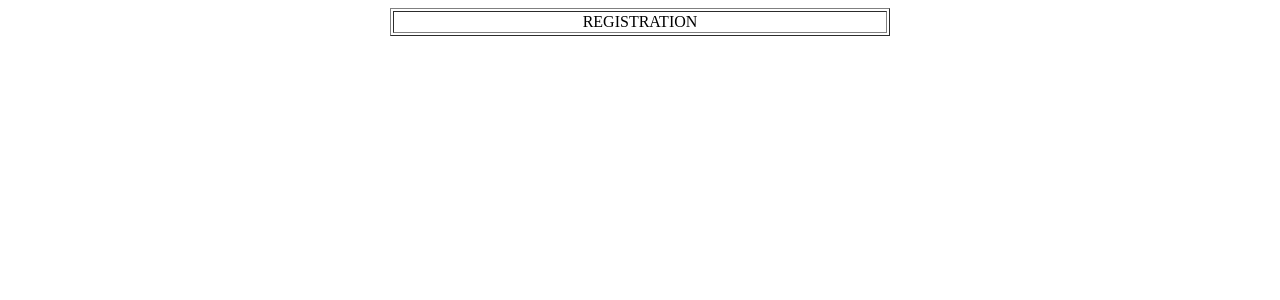
Repository: nsbgit/JavaTutorial
Page: http://localhost/Proj/
The author's editor kept a copy of each file at every save. The page is drawn from the files as they stood at one save, then again after the next save.
The browser window is 1280 px wide. The pictures show the whole page.
The page is served by Tomcat 9.

Above is the page before, as saved 2013-09-29 07:28:50.

After the next save:
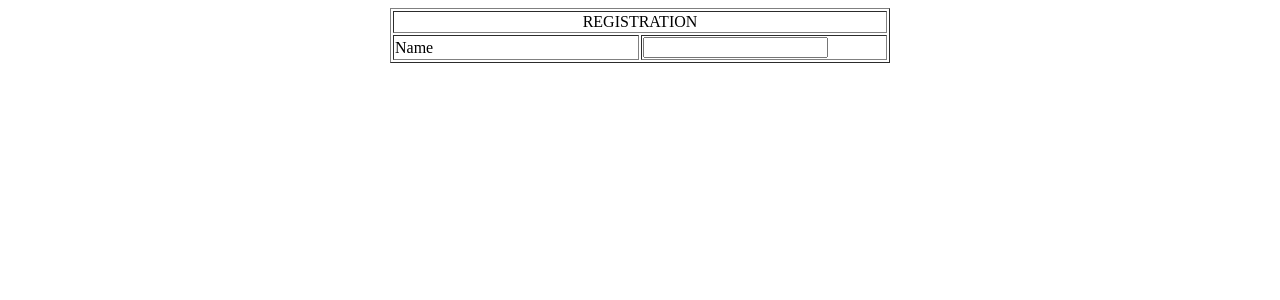
Saved 8 min 4 s later.
--- a/Webel/IDE/2013-09-29/TheSukanta/Proj/WebContent/first.jsp
+++ b/Webel/IDE/2013-09-29/TheSukanta/Proj/WebContent/first.jsp
@@ -9,8 +9,14 @@
 <body>
 	<table border="1" width="500px" align="center">
 		<tr>
-			<td align="center"> REGISTRATION  </td>
+			<td align="center" colspan="2"> REGISTRATION  </td>
 
+		<tr>
+			<td width="50%">Name</td>
+			<td>
+				<input type="text">
+			</td>
+		</tr>
 		</tr>
 	</table>
 </body>
